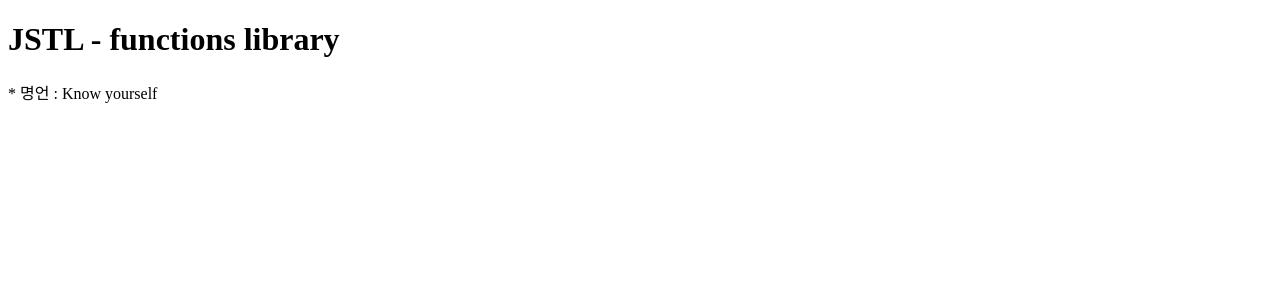
Repository: Developer-Choi-Jae-Young/ServletPractice
Page: http://localhost/3_elAction/views/3_Custom_Action/03_fn.jsp
The author's editor kept a copy of each file at every save. The page is drawn from the files as they stood at one save, then again after the next save.
The browser window is 1280 px wide. The pictures show the whole page.
The page is served by Tomcat 9.

Above is the page before, as saved 2024-08-28 02:19:25.

After the next save:
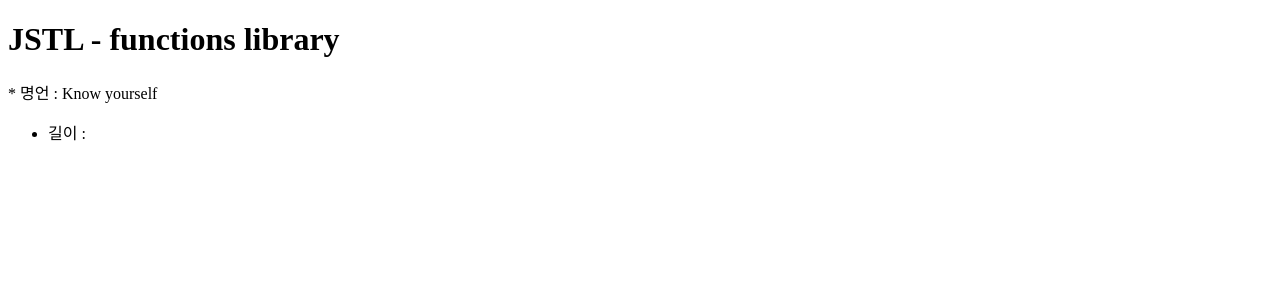
Saved 74 s later.
--- a/3_elAction/src/main/webapp/views/3_Custom_Action/03_fn.jsp
+++ b/3_elAction/src/main/webapp/views/3_Custom_Action/03_fn.jsp
@@ -14,5 +14,11 @@
 	<c:set var="qt" value="Know yourself"/>
 
 	* 명언 : ${ qt } <br>
+
+	<ul>
+		<li>
+			길이 :
+		</li>
+	</ul>
 </body>
 </html>
